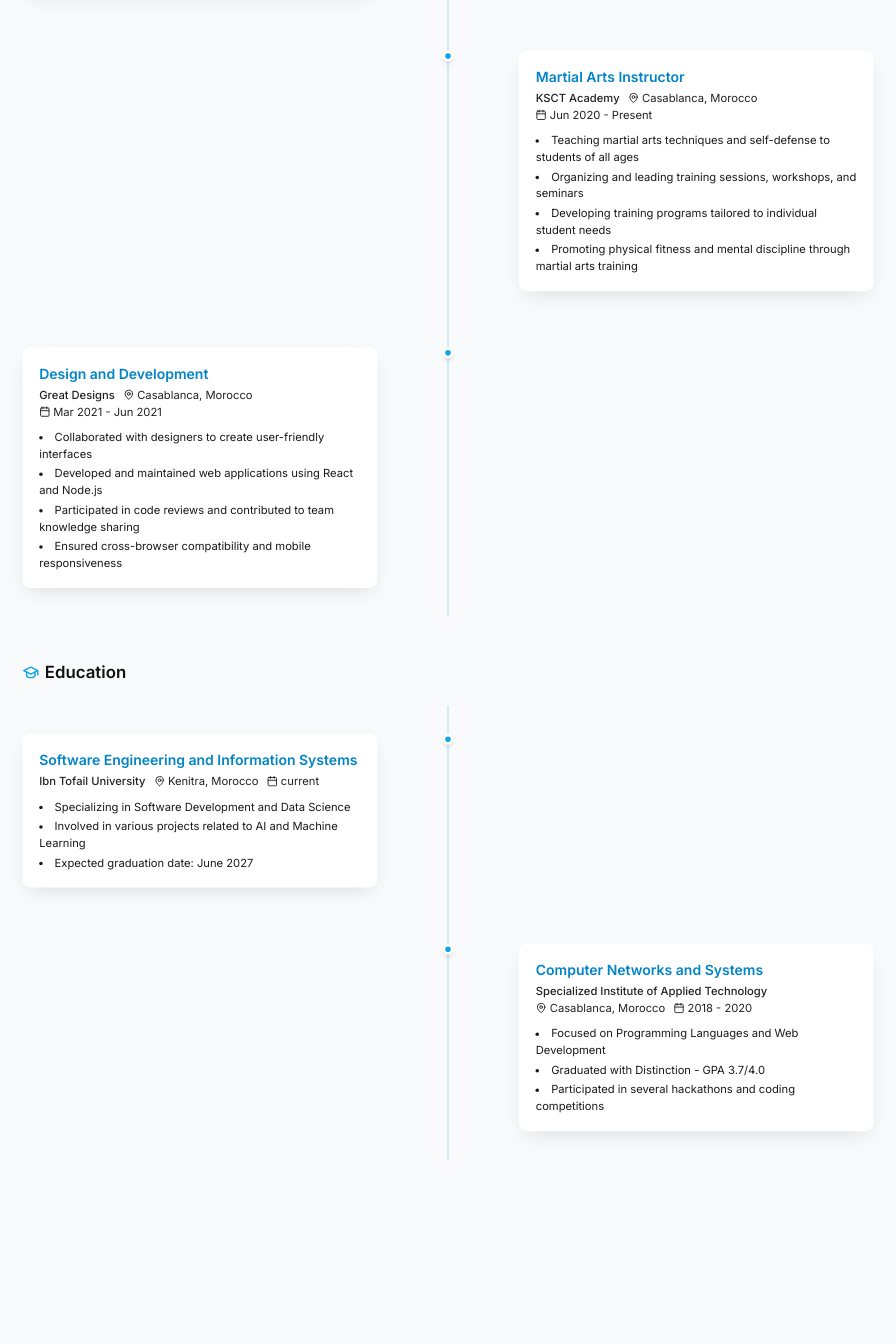
Repository: Abdelilah-Lakrim/Personal_Portfolio
Page: /
The author's editor kept a copy of each file at every save. The page is drawn from the files as they stood at one save, then again after the next save.
The browser window is 1280 px wide. The pictures show the part of the page from y = 4580 to 6500 px (the page is 7929 px tall before and 7825 px after), at 70% of full size.
The project was rebuilt for these pictures with package versions that can differ from the ones it lists, and the page was loaded fresh each time. Also part of the build but not shown: vite.config.ts.

Above is the page before, as saved 2025-05-21 12:52:37.

After the next save:
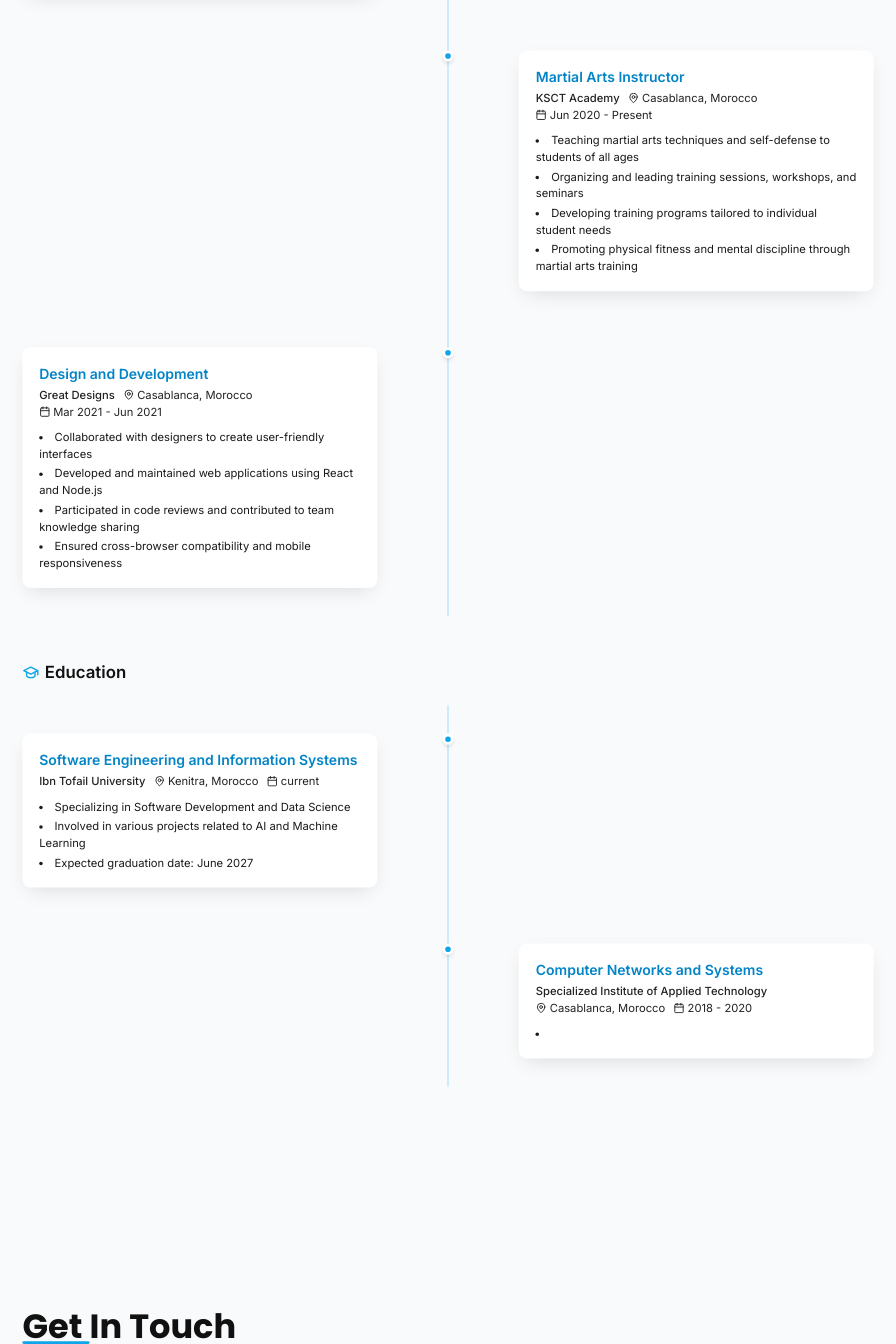
Saved 8 s later.
--- a/src/components/Experience.tsx
+++ b/src/components/Experience.tsx
@@ -75,9 +75,7 @@ const Experience: React.FC = () => {
       location: 'Casablanca, Morocco',
       duration: '2018 - 2020',
       description: [
-        'Focused on Programming Languages and Web Development',
-        'Graduated with Distinction - GPA 3.7/4.0',
-        'Participated in several hackathons and coding competitions',
+        ''
       ],
     },
   ];
